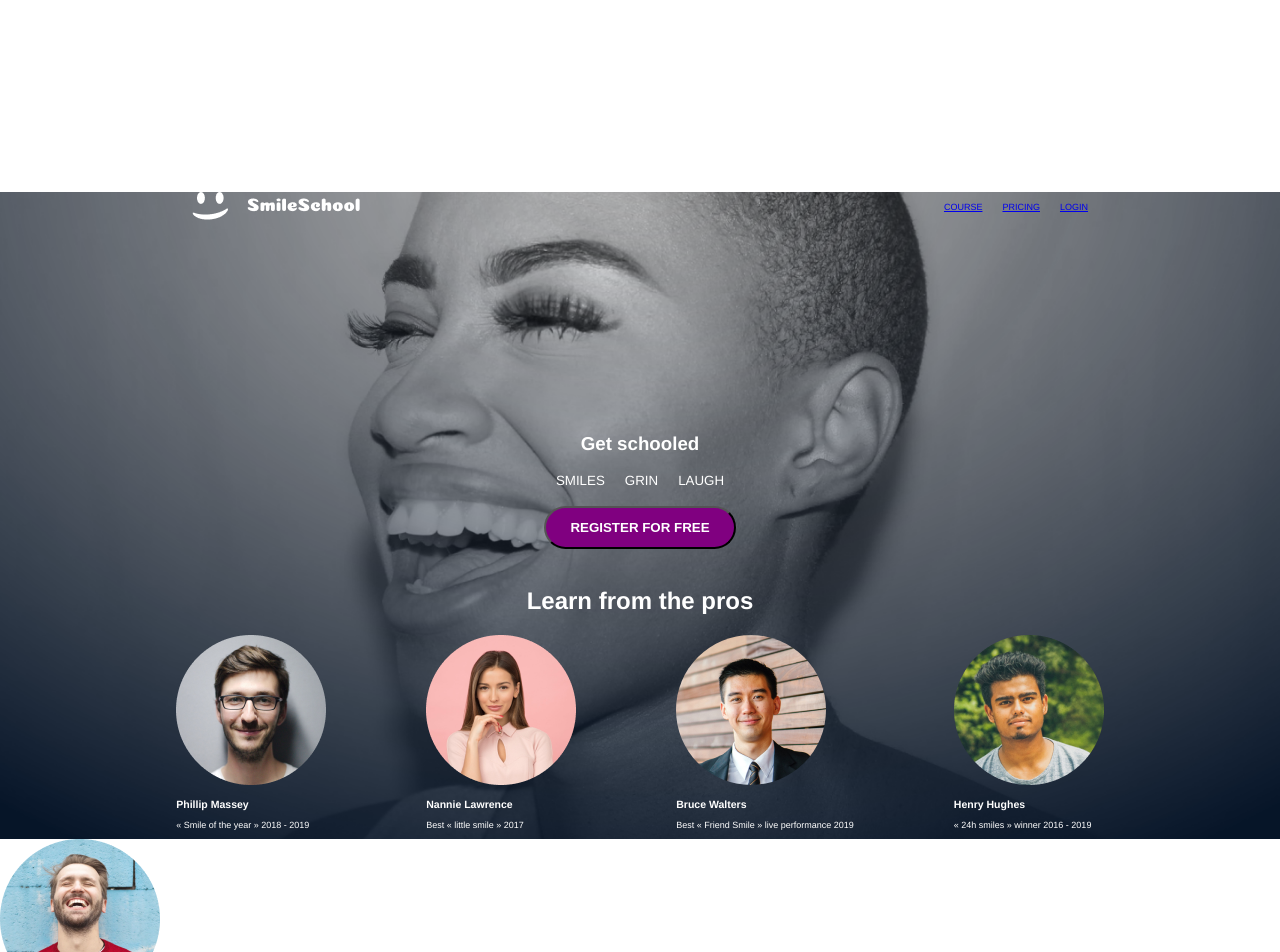
Repository: mwihakiann/alx_html_css
Page: css_advanced/index.html
An editor plug-in stored every save of this project. The page is shown before and after the next save, followed by the edit.
The browser window is 1280 px wide. The pictures show the part of the page from y = 0 to 952 px (the page is 3692 px tall before and 3733 px after).
A picture or video elsewhere on the page could not be fetched, so the positions and the page height are approximate. Some web libraries are served in a nearby version.

Above is the page before, as saved 2025-09-28 18:44:23.

After the next save:
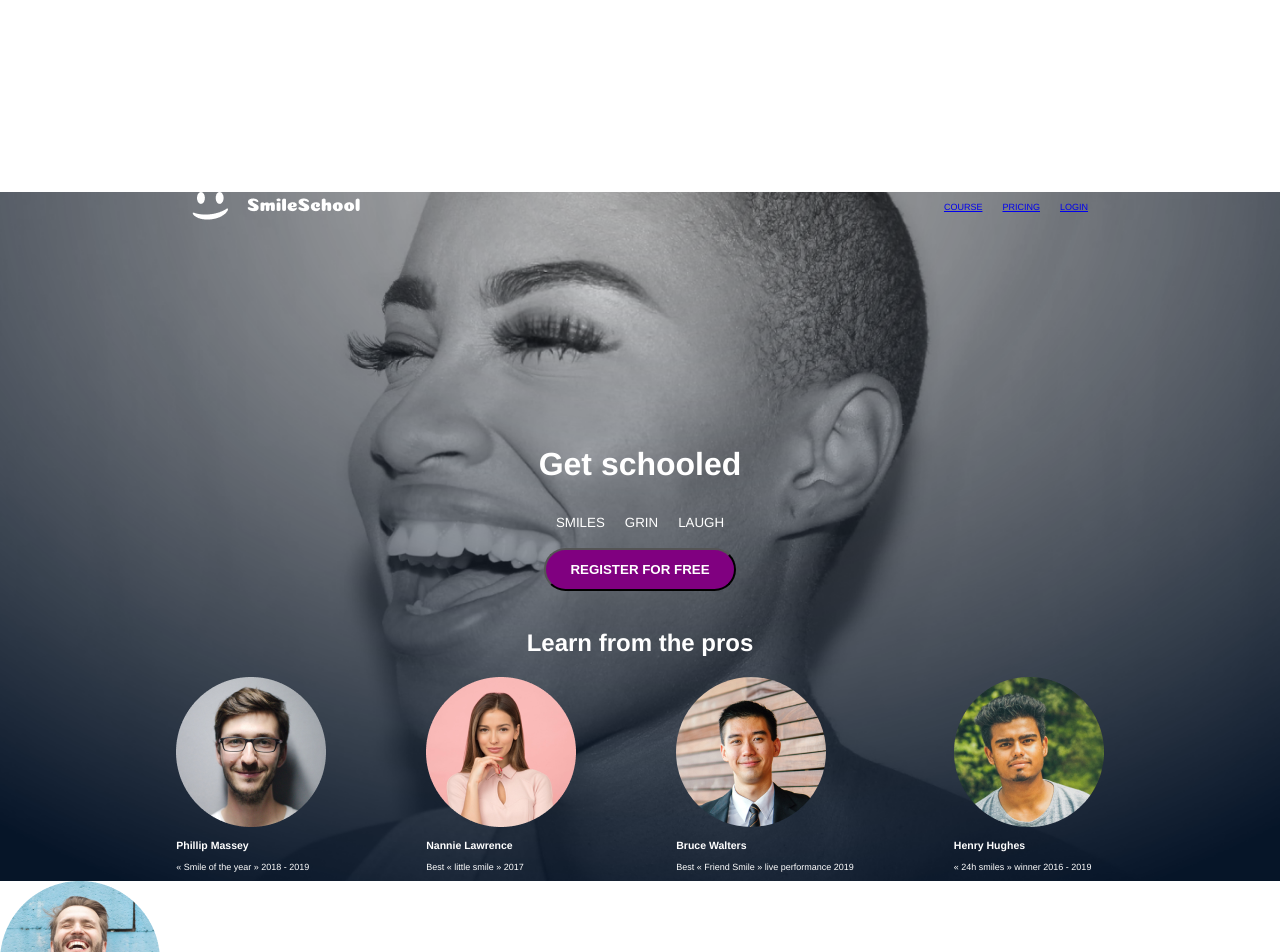
Saved 13 s later.
--- a/css_advanced/styles.css
+++ b/css_advanced/styles.css
@@ -31,7 +31,7 @@
     align-items: center;
 }
 .school{
-    font-size: ;
+    font-size: xx-large;
     font-weight: 700;
 }
 .register{

After the save that followed:
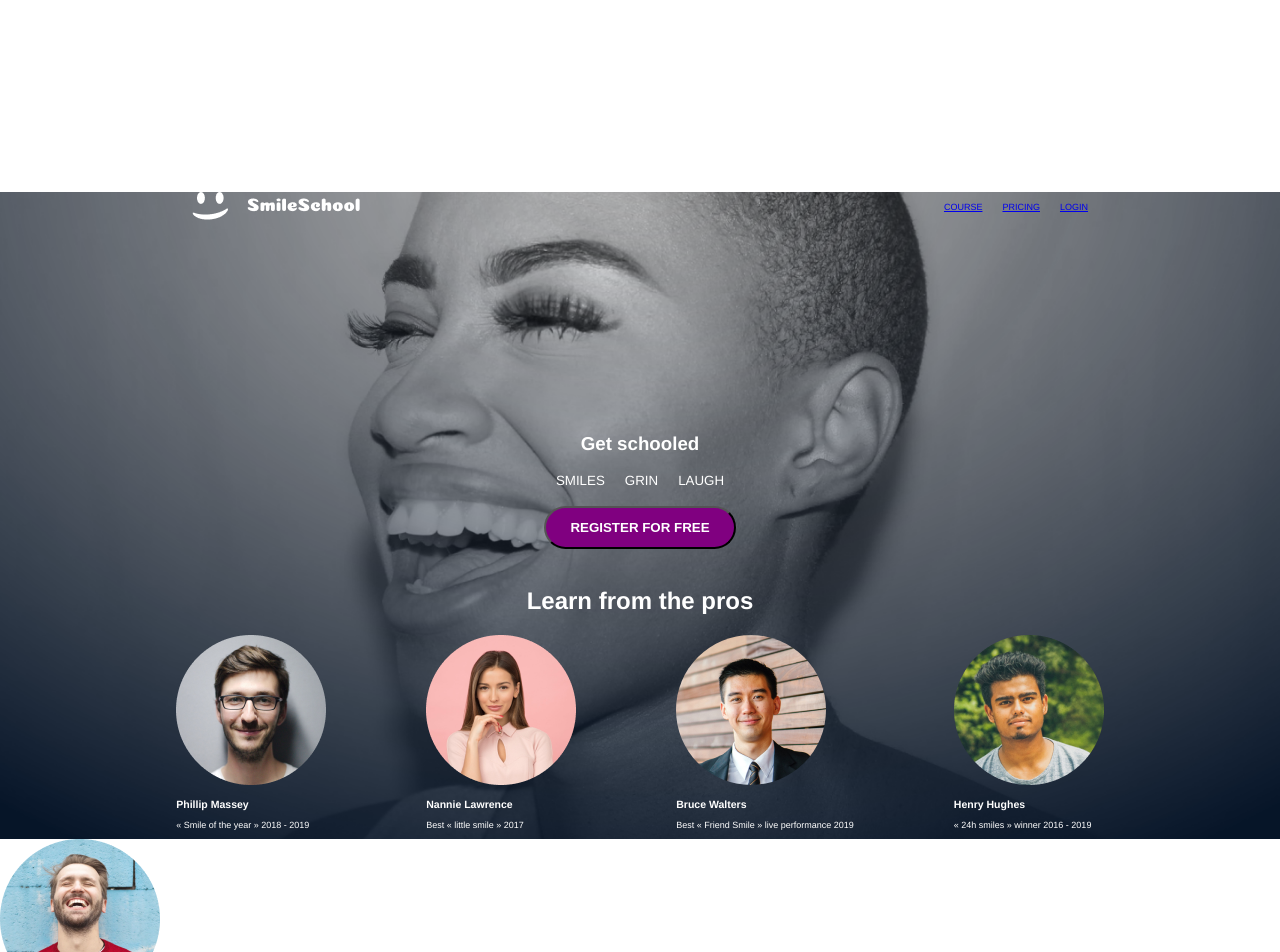
Saved 13 s later.
--- a/css_advanced/styles.css
+++ b/css_advanced/styles.css
@@ -31,7 +31,7 @@
     align-items: center;
 }
 .school{
-    font-size: xx-large;
+    font-size: ;
     font-weight: 700;
 }
 .register{
